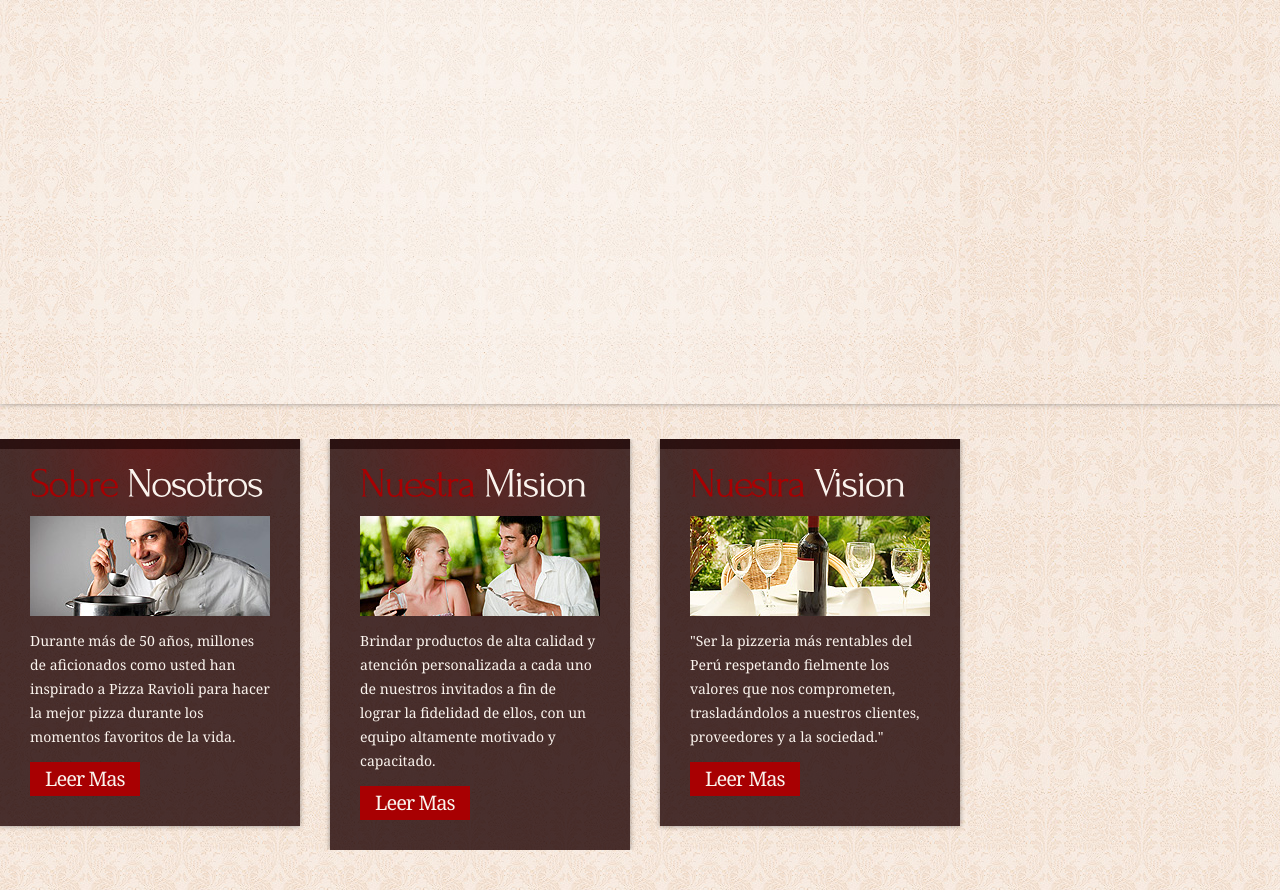
Repository: ProSoft-PDSI/sdsddo
Page: http://localhost/sdsr/home.jsp
An editor plug-in stored every save of this project. The page is shown before and after the next save, followed by the edit.
The browser window is 1280 px wide. The pictures show the whole page.
The page is served by Tomcat 9. Other server files are loaded and not shown.

Above is the page before, as saved 2014-07-17 21:26:20.

### Web/sdsr/WebContent/home.jsp
<%@ page language="java" contentType="text/html; charset=ISO-8859-1"
    pageEncoding="ISO-8859-1"%>
<!DOCTYPE html>
<html>
<head>
<%@ include file="Carga.jsp" %>
</head>
<body>
				<article id="content">
					<div class="slider_bg">
						<div class="slider">
							<ul class="items">
								<li>
									<img src="images/img1.jpg" alt="">
									<div class="banner">
										<strong>Pizza<span>Suprema</span></strong>
										<b>Plato del Dia</b>
										<p>
											<span>Famosa combinacion de peperoni,<br>
											carne de res, champignones, pimientos verdes,
											cebolla y queso mozzarella. </span>
										</p>
									</div>
								</li>
								<li>
									<img src="images/img2.jpg" alt="">
									<div class="banner">
										<strong>Lasaña<span>Florentina</span></strong>
										<b>Plato del Dia</b>
										<p>
											<span>Deliciosa combinacion <br>
											de salsa blanca, espinaca y jamon.</span>
										</p>
									</div>
								</li>
								<li>
									<img src="images/img3.jpg" alt="">
									<div class="banner">
										<strong>Pesto<span>Chicken</span></strong>
										<b>Nuevo Plato</b>
										<p>
											<span>Exquisita combinacion <br>
											pechuga de pollo rociados con pesto, queso mozzarella
											y queso parmesano.</span>
										</p>
									</div>
								</li>
							</ul>
						</div>
					</div>
					<div class="wrap">
						<section class="cols">
							<div class="box">
								<div>
									<h2>Sobre<span> Nosotros</span></h2>
									<figure><img src="images/page1_img2.jpg" alt="" ></figure>
									<p class="pad_bot1"> Durante más de 50 años, millones de aficionados como usted han inspirado a Pizza Ravioli para hacer la mejor pizza durante los momentos favoritos de la vida.</p>
									<a href="#" class="button1">Leer Mas</a>
								</div>
							</div>
						</section>
						<section class="cols pad_left1">
							<div class="box">
								<div>
									<h2>Nuestra<span> Mision</span></h2>
									<figure><img src="images/page1_img3.jpg" alt="" ></figure>
									<p class="pad_bot1">Brindar productos de alta calidad y atención personalizada a cada uno de nuestros invitados a fin de lograr la fidelidad de ellos, con un equipo altamente motivado y capacitado.</p>
									<a href="#" class="button1">Leer Mas</a>
								</div>
							</div>
						</section>
						<section class="cols pad_left1">
							<div class="box">
								<div>
									<h2>Nuestra<span> Vision</span></h2>
									<figure><img src="images/page1_img1.jpg" alt="" ></figure>
									<p class="pad_bot1">"Ser la pizzeria más rentables del Perú respetando fielmente los valores que nos comprometen, trasladándolos a nuestros clientes, proveedores y a la sociedad."</p>
									<a href="#" class="button1">Leer Mas</a>
								</div>
							</div>
						</section>
					</div>
				</article>
<script type="text/javascript"> Cufon.now(); </script>
</body>
</html>

### Web/sdsr/WebContent/Carga.jsp
<%@ page language="java" contentType="text/html; charset=ISO-8859-1"
    pageEncoding="ISO-8859-1"%>
<link rel="stylesheet" href="css/reset.css" type="text/css" media="all">
<link rel="stylesheet" href="css/layout.css" type="text/css" media="all">
<link rel="stylesheet" href="css/style.css" type="text/css" media="all">
<script type="text/javascript" src="js/jquery-1.6.js" ></script>
<script type="text/javascript" src="js/cufon-yui.js"></script>
<script type="text/javascript" src="js/cufon-replace.js"></script>
<script type="text/javascript" src="js/Forum_400.font.js"></script>
<script type="text/javascript" src="js/atooltip.jquery.js"></script>

### Web/sdsr/WebContent/css/layout.css
.col1, .col2, .col3, .cols  {float:left}
.cols {width:300px}
.col1 {width:630px}
.col2 {width:240px}
.col3 {width:570px}
/* index.html */
/* index-1.html */
#page2 .box .list1 {margin-top:-7px}
/* index-2.html */
#page3 h2.letter_spacing {word-spacing:-2px}
/* index-3.html */
#page4 .box .list1 {margin-top:-7px}
#page4 h2.pad_bot1 {padding-bottom:5px}
/* index-4.html */
#page5 .box > div {background: url(../images/box_top2.png) top center no-repeat}
#page5 #content2 h2 {padding-bottom:4px}
/* index-5.html */
/* index-6.html */

### Web/sdsr/WebContent/css/style.css
/* Getting the new tags to behave */
article, aside, audio, canvas, command, datalist, details, embed, figcaption, figure, footer, header, hgroup, keygen, meter, nav, output, progress, section, source, video {display:block}
mark, rp, rt, ruby, summary, time {display:inline}
/* Left & Right alignment */
.left {float:left}
.right {float:right}
.wrapper {width:100%;overflow:hidden}
.wrap{overflow:hidden;width:965px;margin-left:-5px;padding-left:5px}
/* Global properties */
body {background:url(../images/bg_bot.jpg) center 0 repeat #faf3ed;border:0;font:14px Georgia, "Times New Roman", Times, serif;color:#200;line-height:24px}
.ic, .ic a {border:0;float:right;background:#fff;color:#f00;width:50%;line-height:10px;font-size:10px;margin:-220% 0 0 0;overflow:hidden;padding:0}
.css3{border-radius:8px;-moz-border-radius:8px;-webkit-border-radius:8px;box-shadow:0 0 4px rgba(0, 0, 0, .4);-moz-box-shadow:0 0 4px rgba(0, 0, 0, .4);-webkit-box-shadow:0 0 4px rgba(0, 0, 0, .4);position:relative}
/* Global Structure */
.main {	margin:0 auto;	width:960px}
.body1 {background:url(../images/restaurant.jpg) top center no-repeat}
.body2 {background:#faf3ed}
.body3 {background:url(../images/bg_bot.jpg) top center repeat}
.body4 {background:url(../images/bg_bot_img.jpg) top center no-repeat}
.body5 {background:url(../images/slider_shadow.png) center 508px no-repeat}
.body6 {background:url(../images/bg_top.jpg) top repeat-x}
/* main layout */
a {color:#a80002;text-decoration:none;outline:none}
a:hover {text-decoration:underline}
h1 {float:left;padding:0px 0 0 36px}
h2 {font-size:41px;line-height:1.2em;color:#200000;padding:16px 0 12px 0;letter-spacing:-2px}
h2.letter_spacing {letter-spacing:-3px}
h3 {font-size:27px;color:#230000;line-height:1.2em;padding:20px 0 9px 0;letter-spacing:-1px}
h3 span {color:#a80002}
p {padding-bottom:24px}
/* header */
header {height:121px;padding-top:31px;width:100%;overflow:hidden}
label {
	display: block;
	color: #999;
}
.cf:before,
.cf:after {
    content: "";
    display: table;
}

.cf:after {
    clear: both;
}
.cf {
    *zoom: 1;
}
:focus {
	outline: 0;
}
.loginform {
	width: 410px;
	margin: 10px auto;
	padding: 10px;
	border-radius: 3px;
    box-shadow: 0px 0px 5px 0px rgba(0, 0, 0, 0.2),
    			inset 0px 1px 0px 0px rgba(250, 250, 250, 0.5);
    border: 1px solid rgba(0, 0, 0, 0.3);
    float: right;
}
.loginform ul {
	padding: 0;
	margin: 0;
}
.loginform li {
	display: inline;
	float: left;
}
.loginform input:not([type=submit]) {
	padding: 3px;
	margin-right: 10px;
	border: 1px solid rgba(0, 0, 0, 0.3);
	border-radius: 3px;
	box-shadow: inset 0px 1px 3px 0px rgba(0, 0, 0, 0.1),
				0px 1px 0px 0px rgba(250, 250, 250, 0.5) ;
}
.loginform input[type=submit] {
	border: 1px solid rgba(0, 0, 0, 0.3);
	background: #64c8ef; /* Old browsers */
	background: -moz-linear-gradient(top,  #64c8ef 0%, #00a2e2 100%); /* FF3.6+ */
	background: -webkit-gradient(linear, left top, left bottom, color-stop(0%,#64c8ef), color-stop(100%,#00a2e2)); /* Chrome,Safari4+ */
	background: -webkit-linear-gradient(top,  #64c8ef 0%,#00a2e2 100%); /* Chrome10+,Safari5.1+ */
	background: -o-linear-gradient(top,  #64c8ef 0%,#00a2e2 100%); /* Opera 11.10+ */
	background: -ms-linear-gradient(top,  #64c8ef 0%,#00a2e2 100%); /* IE10+ */
	background: linear-gradient(to bottom,  #64c8ef 0%,#00a2e2 100%); /* W3C */
	filter: progid:DXImageTransform.Microsoft.gradient( startColorstr='#64c8ef', endColorstr='#00a2e2',GradientType=0 ); /* IE6-9 */
	color: #fff;
	padding: 5px 15px;
	margin-right: 0;
	margin-top: 13px;
	border-radius: 3px;
	text-shadow: 1px 1px 0px rgba(0, 0, 0, 0.3);
}

.ac_content h1{
	color:#fff;
	display:block;
	float:left;
	width:80px;
	height:20px;
	padding:0px;
	font-size:28px;
	font-weight:bold;
	line-height:30px;
	margin-right:1px;
}
.ac_content h1 span{
	display:block;
	font-weight:normal;
	font-size:18px;
}

#top_nav {float:right;padding:4px 43px 30px 0}
#top_nav li {float:left;padding:3px 26px 5px 0;background:url(../images/top_line.gif) right 0 no-repeat;margin-right:25px}
#top_nav li a {display:block;line-height:0}
#top_nav .end {background:none;padding-right:0;margin-right:0}
#menu {width:633px;float:right;padding:0 0 0 0}
#menu li {float:left;padding-left:3px}
#menu li a {display:block;font-size:24px;color:#faf3ed;line-height:75px;padding:0 15px;height:60px;letter-spacing:-1px}
/* #menu li a {display:block;font-size:24px;color:#faf3ed;line-height:100px;padding:0 15px;height:80px;letter-spacing:-1px}*/
#menu li a:hover, #menu .active a {text-decoration:none;background:url(../images/menu_bg.png) repeat}
.slider_bg {width:100%;height:404px;background: url(../images/bg_slider.jpg) 0 0 no-repeat;position:relative;overflow:hidden;box-shadow:0 0 5px rgba(0, 0, 0, .4);-moz-box-shadow:0 0 5px rgba(0, 0, 0, .4);-webkit-box-shadow:0 0 5px rgba(0, 0, 0, .4);margin-bottom:35px}
.slider {top:10px;right:10px;position:absolute;z-index:1;width:920px}
.slider .items {display:none}
.slider .pic {float:right;position:relative}
.banner {left:0px;top:0;position:absolute;width:271px;z-index:2;text-align:center}
.banner strong {font-size:52px;color:#bf0f0a;display:block;line-height:1.2em;text-transform:uppercase;padding:55px 0 0 0;letter-spacing:-2px}
.banner strong span {display:block;margin-top:-16px}
.banner b {display:block;font-size:27px;color:#312826;text-transform:uppercase;padding:0 0 23px 0;line-height:1.2em;letter-spacing:-1px}
.banner p {background:url(../images/quot1.png) 0 0 no-repeat}
.banner p span {display:block;background:url(../images/quot2.png) right bottom no-repeat;padding:0 0 0 0;color:#6c5f5b;padding-bottom:2px}
.slider .pagination {position:absolute;z-index:2;bottom:10px;left:107px}
.slider .pagination li {float:left;padding-right:3px}
.slider .pagination a {display:block;width:17px;height:17px;text-indent:-9999px;background:url(../images/buttons.png) right 0 no-repeat}
.slider .pagination a:hover, .slider .pagination .current a {background-position:left}
/* content */
#content {padding-bottom:40px}
#content2 {padding-bottom:31px}
.pad_left1 {padding-left:30px}
.pad_bot1 {padding-bottom:13px}
.pad_bot2 {padding-bottom:24px}
.marg_right1 {margin-right:20px}
.box {background:url(../images/box_bg.png) repeat;color:#faf3ed;box-shadow:0 0 5px rgba(0, 0, 0, .4);-moz-box-shadow:0 0 5px rgba(0, 0, 0, .4);-webkit-box-shadow:0 0 5px rgba(0, 0, 0, .4)}
.box > div {background:url(../images/box_top.png) 0 top no-repeat;padding:30px;padding-top:0;overflow:hidden}
.box h2 {color:#a80002;padding:15px 0 12px 0}
.box h2 span {color:#faf3ed}
.box figure {padding-bottom:13px}
.list1 li a {font-style:italic;padding-left:12px;background:url(../images/marker_1.gif) 1px 8px no-repeat;color:#faf3ed}
.list_1 {color:#fff}
.list_1:hover {text-decoration:none}
.button1 {display:inline-block;font-size:20px;color:#faf3ed;line-height:34px;padding:0 15px;background:#a80002;letter-spacing:-1px}
.button1:hover {text-decoration:none;color:#1e0000;background:#faf3ed}
.testimonials li span {float:left;width:40px;height:40px;font-size:30px;color:#faf3ed;line-height:34px;text-align:center;background:#a80002;margin-right:20px}
.testimonials li p {float:left;width:180px;padding-bottom:15px}
.testimonials li img {padding-top:2px}
.line1 {background:url(../images/line_vert1.gif) 285px 0 repeat-y}
.line2 {background:url(../images/line_vert1.gif) 615px 0 repeat-y}
.price {margin-top:-7px}
.price li {overflow:hidden;background:url(../images/price_bg.gif) 0 -6px repeat-x}
.price a {float:left;color:#220000;background:url(../images/marker_2.gif) 1px 11px no-repeat #faf3ed;padding-left:12px}
.price a:hover {text-decoration:none;color:#a80002}
.price span {float:right;background:#faf3ed}
.address {padding-bottom:0}
.address span {float:left;width:84px}
/* footer */
footer {height:138px;font:13px "Trebuchet MS", Arial, Helvetica, sans-serif;color:#696969;line-height:18px}
footer a {color:#c53005;text-decoration:underline}
footer a:hover {text-decoration:none}
#icons {padding:5px 0 0 0}
#icons li {float:left;padding-right:9px}
/* Tooltips */
.aToolTip {background:#a80002;color:#fff;	margin:0;padding:2px 10px 3px;font-size:11px;position:absolute;line-height:17px}
.aToolTip .aToolTipContent {position:relative;	margin:0;padding:0}
/* forms */
#ContactForm {margin-top:-5px;width:910px}
#ContactForm span {float:left;width:111px;line-height:20px}
#ContactForm .wrapper {min-height:24px}
#ContactForm .textarea_box {min-height:170px;width:100%;overflow:hidden;padding-bottom:9px}
#ContactForm {}
#ContactForm a {margin-left:20px;float:right}
#ContactForm .input {width:399px;height:18px;background:#faf3ed;padding:1px 5px;color:#220000;font:14px Georgia, "Times New Roman", Times, serif;margin:0;float:left}
#ContactForm textarea {overflow:auto;width:789px;height:163px;background:#faf3ed;padding:1px 5px;color:#220000;font:14px Georgia, "Times New Roman", Times, serif;margin:0}

### Web/sdsr/WebContent/js/cufon-replace.js
Cufon.replace('#menu a, .banner strong, .banner b, h2, h3', { fontFamily: 'Forum', hover:true });

### Web/sdsr/WebContent/js/atooltip.jquery.js
/*
	jQuery Version:				jQuery 1.3.2
	Plugin Name:				aToolTip V 1.0
	Plugin by: 					Ara Abcarians: http://ara-abcarians.com
	License:					aToolTip is licensed under a Creative Commons Attribution 3.0 Unported License
								Read more about this license at --> http://creativecommons.org/licenses/by/3.0/
*/
(function($) {
    $.fn.aToolTip = function(options) {

    	// setup default settings
    	var defaults = {
    		clickIt: false,
    		closeTipBtn: 'aToolTipCloseBtn',
    		fixed: false,
    		inSpeed: 200,
    		outSpeed: 0,
    		tipContent: '',
    		toolTipClass: 'aToolTip',
    		xOffset: 5,
    		yOffset: 5
    	},

    	// This makes it so the users custom options overrides the default ones
    	settings = $.extend({}, defaults, options);

		return this.each(function() {
			var obj = $(this);
			// Decide weather to use a title attr as the tooltip content
			if(obj.attr('title')){
				// set the tooltip content/text to be the obj title attribute
				var tipContent = obj.attr('title');
			} else {
				// if no title attribute set it to the tipContent option in settings
				var tipContent = settings.tipContent;
			}

			// check if obj has a title attribute and if click feature is off
			if(tipContent && !settings.clickIt){
				// Activate on hover
				obj.hover(function(el){
					obj.attr({title: ''});
					$('body').append("<div class='"+ settings.toolTipClass +"'><p class='aToolTipContent'>"+ tipContent +"</p></div>");
					$('.' + settings.toolTipClass).css({
						position: 'absolute',
						display: 'none',
						zIndex: '50000',
						top: (obj.offset().top - $('.' + settings.toolTipClass).outerHeight() - settings.yOffset) + 'px',
						left: (obj.offset().left + 1/2*(obj.outerWidth()) + settings.xOffset) + 'px'
					})
					.stop().fadeIn(settings.inSpeed);
			    },
				function(){
					// Fade out
					$('.' + settings.toolTipClass).stop().fadeOut(settings.outSpeed, function(){$(this).remove();});
			    });
		    }

		    // Follow mouse if fixed is false and click is false
		    if(!settings.fixed && !settings.clickIt){
				obj.mousemove(function(el){
					$('.' + settings.toolTipClass).css({
						top: (el.pageY - $('.' + settings.toolTipClass).outerHeight() - settings.yOffset),
						left: (el.pageX + settings.xOffset)
					})
				});
			}

		    // check if click feature is enabled
		    if(tipContent && settings.clickIt){
				// Activate on click
				obj.click(function(el){
					obj.attr({title: ''});
					$('body').append("<div class='"+ settings.toolTipClass +"'><p class='aToolTipContent'>"+ tipContent +"</p></div>");
					$('.' + settings.toolTipClass).append("<a class='"+ settings.closeTipBtn +"' href='#' alt='close'>close</a>");
					$('.' + settings.toolTipClass).css({
						position: 'absolute',
						display: 'none',
						zIndex: '50000',
						top: (obj.offset().top - $('.' + settings.toolTipClass).outerHeight() - settings.yOffset) + 'px',
						left: (obj.offset().left + obj.outerWidth() + settings.xOffset) + 'px'
					})
					.fadeIn(settings.inSpeed);
					// Click to close tooltip
					$('.' + settings.closeTipBtn).click(function(){
						$('.' + settings.toolTipClass).fadeOut(settings.outSpeed, function(){$(this).remove();});
						return false;
					});
					return false;
			    });
		    }

		}); // END: return this

		// returns the jQuery object to allow for chainability.
        return this;
    };
})(jQuery);

$(document).ready(function() {
		// tool tip
	$('.normaltip').aToolTip({
    	toolTipClass: 'aToolTip'});

})

Loaded but not shown: Web/sdsr/WebContent/css/reset.css (common file); Web/sdsr/WebContent/js/jquery-1.6.js (library); Web/sdsr/WebContent/js/cufon-yui.js (library); Web/sdsr/WebContent/js/Forum_400.font.js (library); Web/sdsr/WebContent/css/normalize.css (library); Web/sdsr/WebContent/js/jquery.easing.1.3.js (library); Web/sdsr/WebContent/js/script.js (common file); Web/sdsr/WebContent/js/tms_presets.js (489 lines, source omitted); Web/sdsr/WebContent/js/tms-0.3.js (395 lines, source omitted)

After the next save:
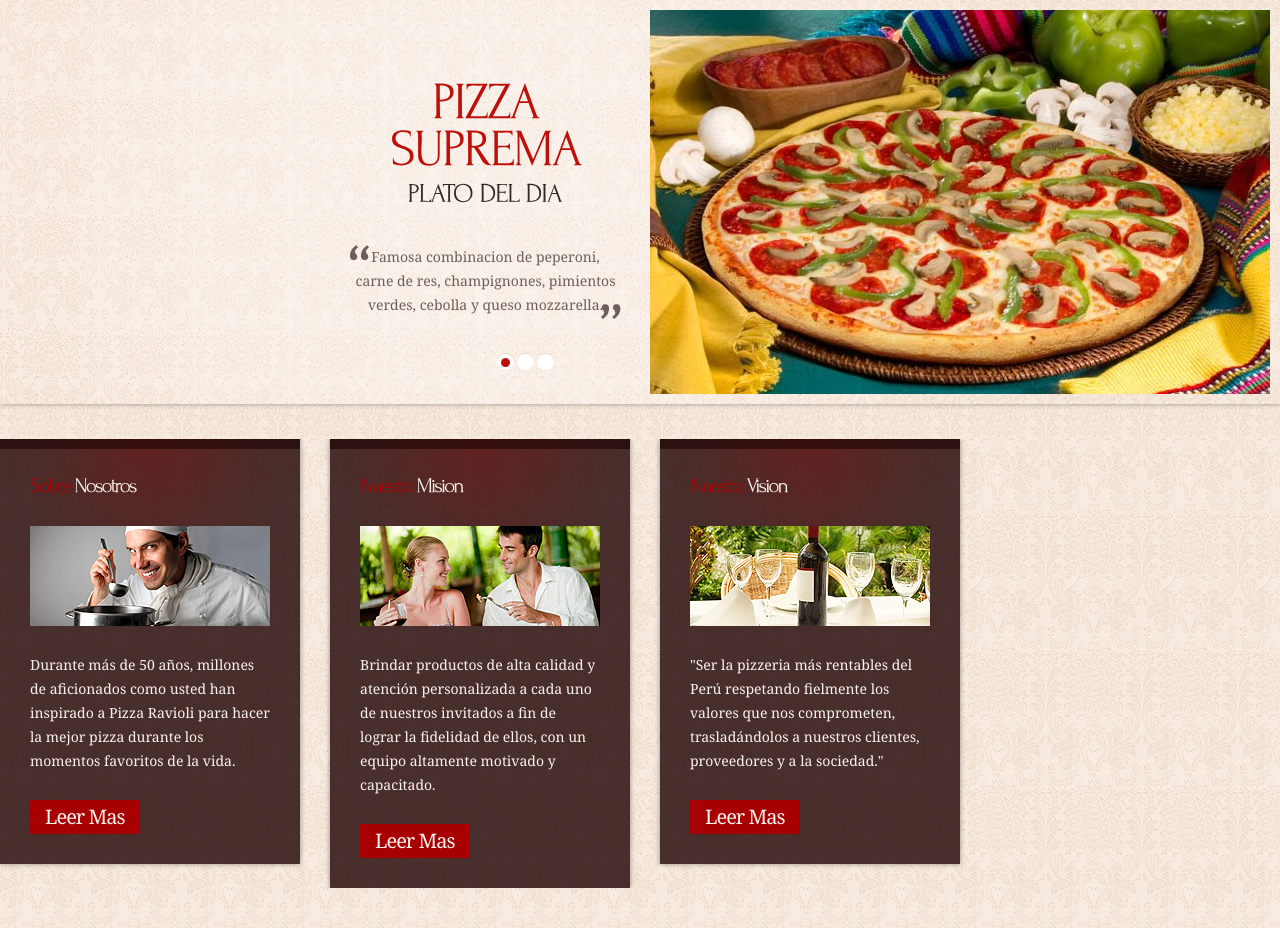
Saved 4 min 49 s later.
--- a/Web/sdsr/WebContent/Carga.jsp
+++ b/Web/sdsr/WebContent/Carga.jsp
@@ -3,8 +3,13 @@
 <link rel="stylesheet" href="css/reset.css" type="text/css" media="all">
 <link rel="stylesheet" href="css/layout.css" type="text/css" media="all">
 <link rel="stylesheet" href="css/style.css" type="text/css" media="all">
+<link rel="stylesheet" href="css/normalize.css" type="text/css" media="all">
 <script type="text/javascript" src="js/jquery-1.6.js" ></script>
 <script type="text/javascript" src="js/cufon-yui.js"></script>
 <script type="text/javascript" src="js/cufon-replace.js"></script>
 <script type="text/javascript" src="js/Forum_400.font.js"></script>
+<script type="text/javascript" src="js/jquery.easing.1.3.js"></script>
+<script type="text/javascript" src="js/tms-0.3.js"></script>
+<script type="text/javascript" src="js/tms_presets.js"></script>
+<script type="text/javascript" src="js/script.js"></script>
 <script type="text/javascript" src="js/atooltip.jquery.js"></script>
